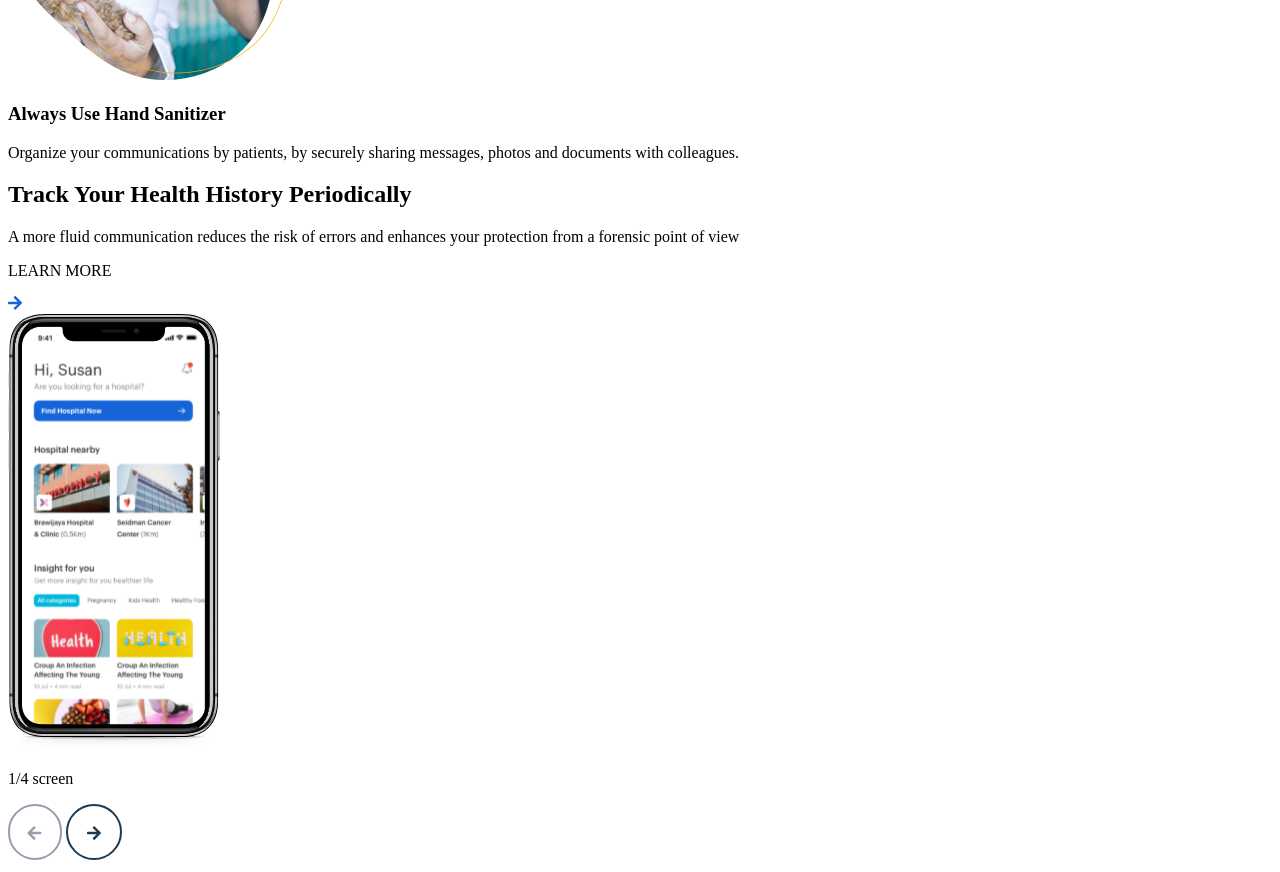
Repository: Esttevo/prova-html-css
Page: index.html
These files come from the project's save history. The page is drawn as it stood at one moment and after a run of saves; the edit follows.
The browser window is 1280 px wide. The pictures show the part of the page from y = 3505 to 4457 px (the page is 4377 px tall before and 4457 px after).
A picture or video elsewhere on the page could not be fetched, so the positions and the page height are approximate.

Above is the page before, as saved 2026-08-31 16:51:58.

After the next 4 saves:
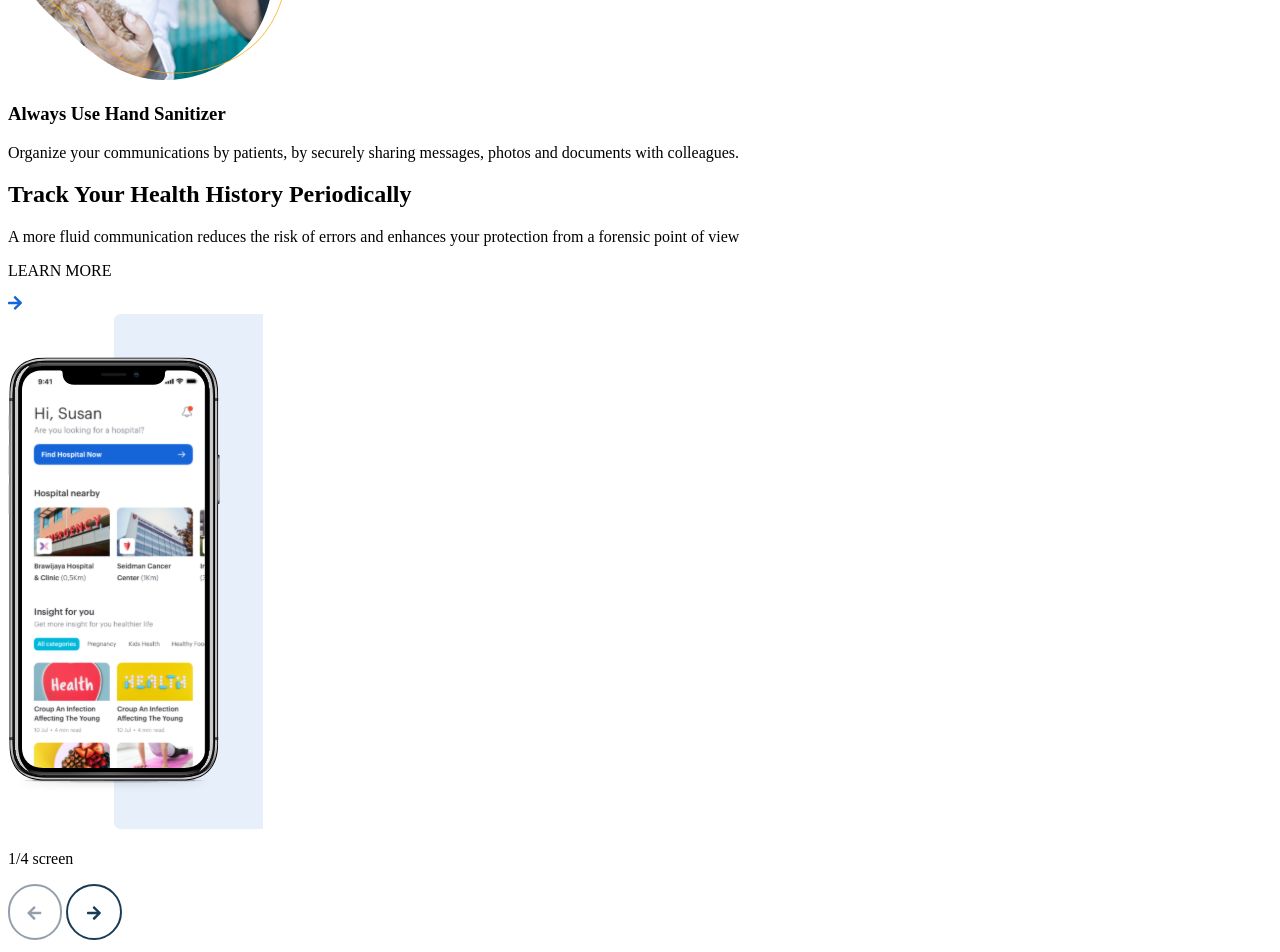
The 4 saves are shown as one change because they came seconds apart.
The last was saved 4 min 49 s later.
--- a/index.html
+++ b/index.html
@@ -251,9 +251,7 @@
                 </div>
             </div>
 
-           <div id="health-backgound">
-                 <img src="img/Apple iPhone X Space Grey.svg" alt="iphone em um site">
-           </div>
+           <img src="img/image-health-mobile.svg" alt="">
 
            <div id="count-pages">
                 <p>1/4 screen</p>

After the save that followed:
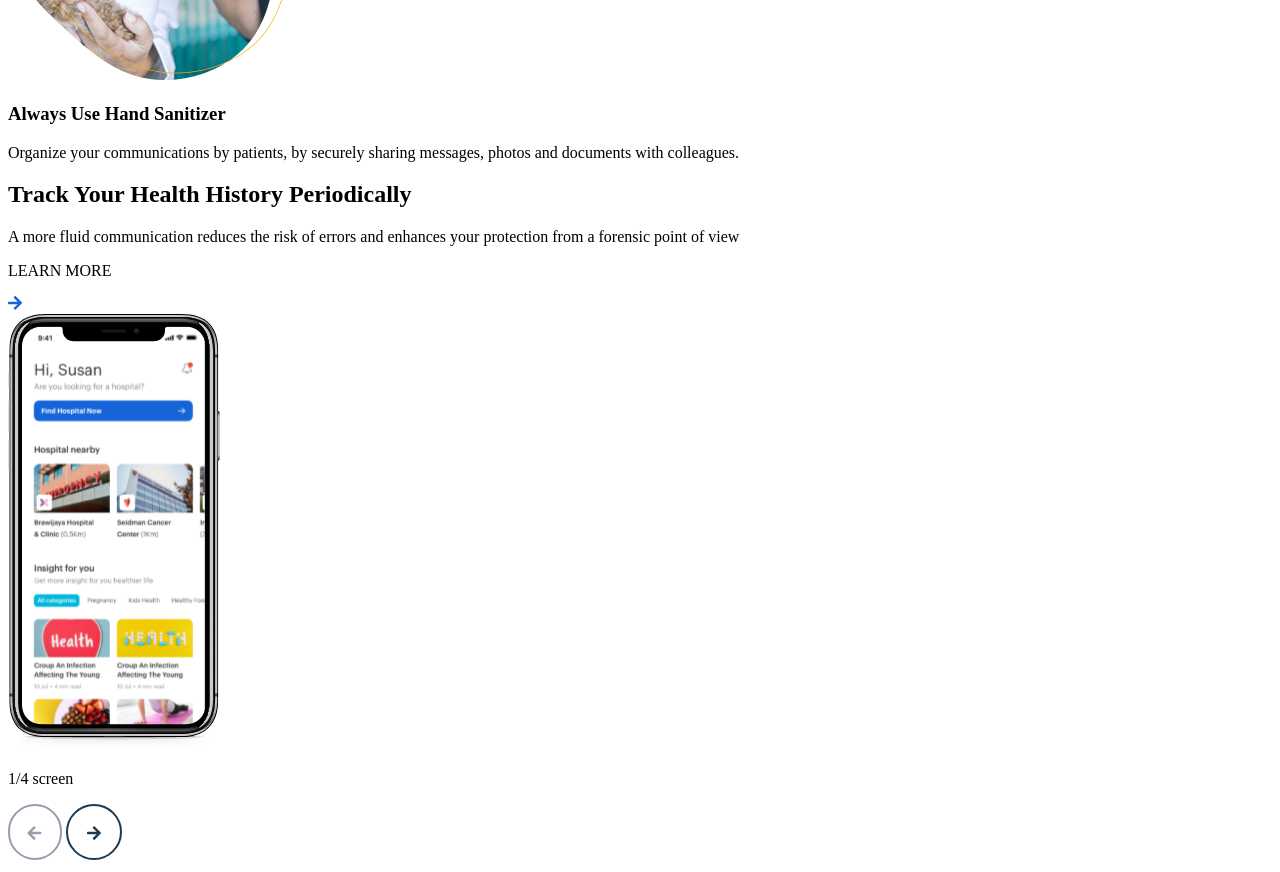
Saved 7 s later.
--- a/index.html
+++ b/index.html
@@ -251,7 +251,9 @@
                 </div>
             </div>
 
-           <img src="img/image-health-mobile.svg" alt="">
+           <div id="health-backgound">
+                 <img src="img/Apple iPhone X Space Grey.svg" alt="iphone em um site">
+           </div>
 
            <div id="count-pages">
                 <p>1/4 screen</p>
